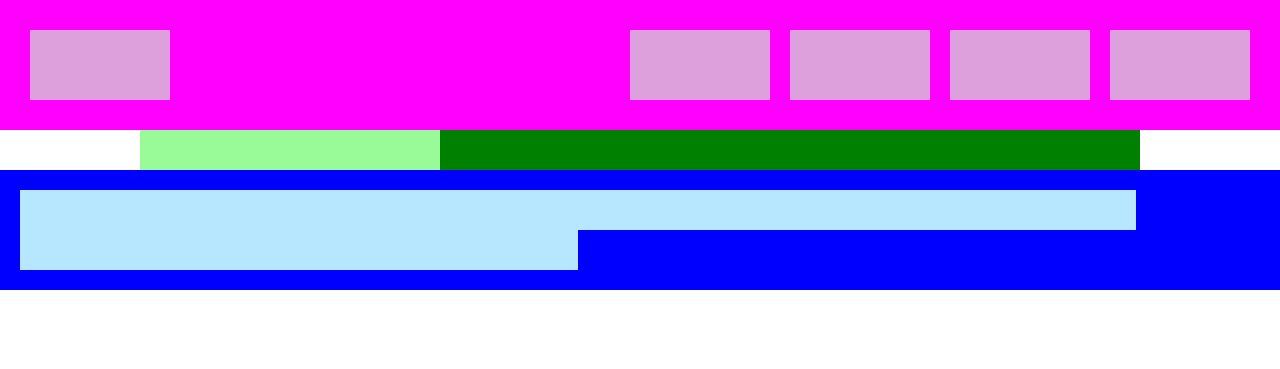
Repository: papisi-zu/book1
Page: flex/flex.html
The author's editor kept a record of every edit. The page is drawn from the files as they stood at one moment, then again after the next edit.
The browser window is 1280 px wide. The pictures show the whole page.

Above is the page before.

### flex/flex.html
<!DOCTYPE html>
<html lang="ja">
  <head>
    <meta charset="UTF-8" />
    <link rel="stylesheet" href="style.css" />
    <title>flexbox</title>
  </head>

  <body>
    <header>
      <div></div>
      <div></div>
      <div></div>
      <div></div>
      <div></div>
    </header>
    <main>
      <div class="main-side"></div>
      <div class="main-position">
        <div></div>
        <div></div>
        <div></div>
        <div></div>
        <div></div>
        <div></div>
        <div></div>
        <div></div>
        <div></div>
      </div>
    </main>
    <footer>
      <div></div>
      <div></div>
      <div></div>
    </footer>
  </body>
</html>

### flex/style.css
* {
  margin: 0;
  padding: 0;
  box-sizing: border-box;
}

header {
  width: 100%;
  display: flex;
  justify-content: flex-end;
  padding: 30px 20px;
  background-color: #ff00ff;
}

header > :first-child {
  margin-right: auto;
}

header > div {
  flex-basis: 140px;
  height: 70px;
  margin: 0 10px;
  background-color: #dda0dd;
}

main {
  display: flex;
  justify-content: center;
}

.main-side {
  width: 300px;
  background-color: #98fb98;
}

.main-position {
  max-width: 700px;
  flex-grow: 1;
  padding:20px;
  background-color: #008000;
  display: flex;
  flex-wrap: wrap;
}

.mai-position > div {
  flex-basis: 200px;
  height: 130px;
  margin: 10px;
  background-color: #ffff00;
}
footer {
  width: 100%;
  padding: 20px;
  display: flex;
  flex-wrap: wrap;
  background-color: #0000ff;
}

footer > div {
  background-color: #b6e7ff;
  flex-basis: 45%;
  max-width: 600px;
  height: 40px;
  margin: 10px
  background-color: #b6e7ff;
}

After the next edit:
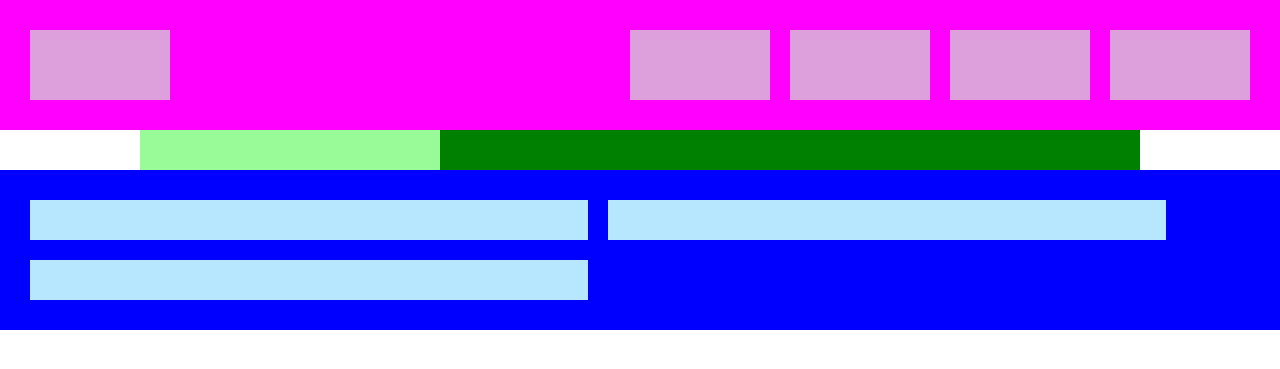
The edit:
--- a/flex/style.css
+++ b/flex/style.css
@@ -61,6 +61,5 @@
   flex-basis: 45%;
   max-width: 600px;
   height: 40px;
-  margin: 10px
-  background-color: #b6e7ff;
+  margin: 10px;
 }
